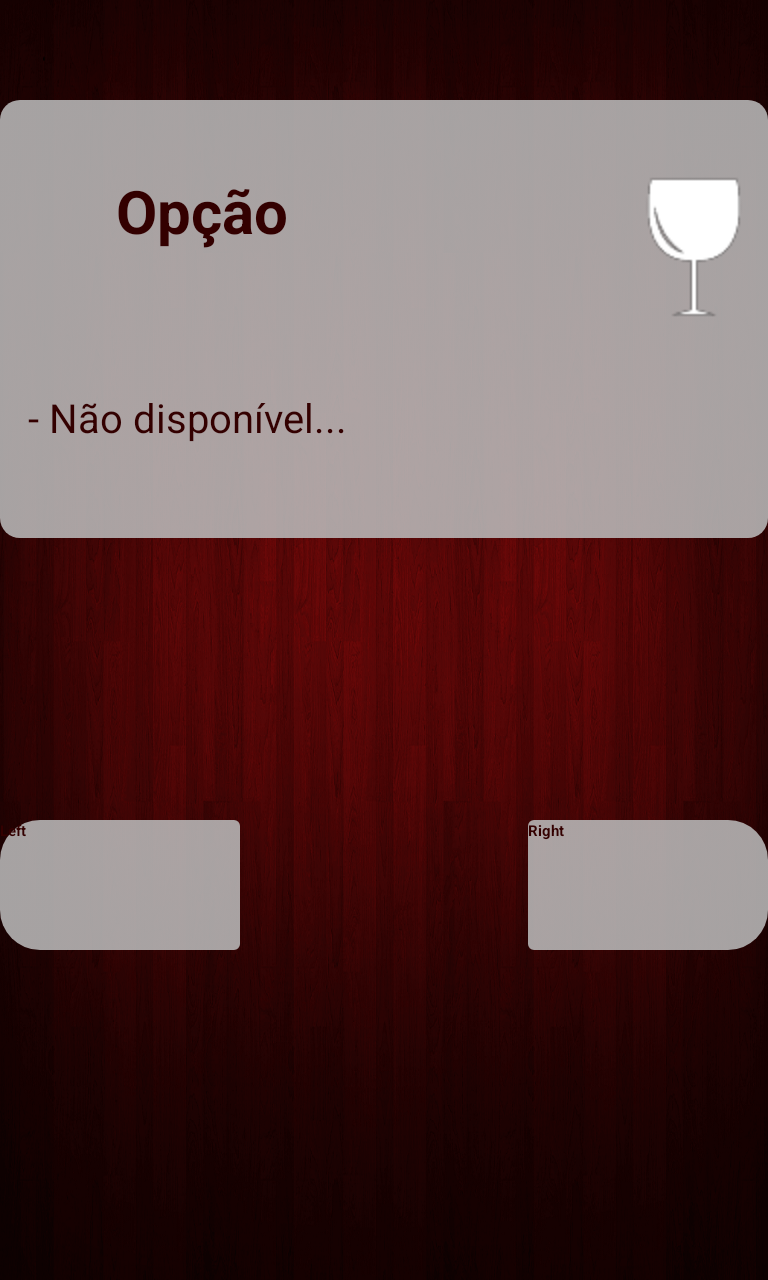
Repository: LuisFilipeDias/eMenu
Layout: SideMenuTutorial/res/layout/display_fragment.xml
The author's editor kept a copy of each file at every save. The layout is drawn from the files as they stood at one save, then again after a run of saves.
It is drawn on a 768 x 1280 px phone screen (xhdpi) without system bars, with theme Theme.Sherlock; the app's code is not run.

Above is the layout before, as saved 2013-12-23 19:01:32.

### SideMenuTutorial/res/layout/display_fragment.xml
<LinearLayout xmlns:android="http://schemas.android.com/apk/res/android"
    xmlns:tools="http://schemas.android.com/tools"
    android:id="@+id/scrollView1"
    android:layout_width="match_parent"
    android:layout_height="match_parent"
	android:layout_marginLeft="15dp"
	android:layout_marginRight="15dp"
    android:orientation="vertical"
    android:background="@drawable/back_a"
    tools:context=".MainActivity" >

	<ScrollView
	    android:layout_width="match_parent"
	    android:layout_height="match_parent" >


    <RelativeLayout
        android:layout_width="match_parent"
        android:layout_height="match_parent">

	    <ScrollView
            android:id="@+id/display_scroll"
	        android:layout_width="match_parent"
	        android:layout_height="380dp" >

            <RelativeLayout
                android:id="@+id/display_ll_1"
                android:layout_width="match_parent"
                android:layout_height="wrap_content"
                android:layout_marginBottom="100dp"
                android:layout_marginTop="50dp"
                android:background="@drawable/center_clicked"
                android:orientation="vertical" >

                <TextView
                    android:id="@+id/bogus_ttl"
                    android:layout_width="202dp"
                    android:layout_height="wrap_content"
                    android:layout_marginBottom="20dp"
                    android:layout_marginTop="35dp"
                    android:layout_alignParentLeft="true"
                    android:gravity="center_horizontal|center_vertical"
                    android:text="@string/bogus_ttl"
                    android:textAppearance="?android:attr/textAppearanceLarge"
                    android:textColor="@color/brown"
                    android:textSize="30sp"
                    android:textStyle="bold" />

                <TextView
                    android:id="@+id/bogus_ttl"
                    android:layout_width="75dp"
                    android:layout_height="75dp"
                    android:layout_alignParentRight="true"
                    android:layout_marginBottom="20dp"
                    android:layout_marginTop="35dp"
                    android:background="@drawable/drink"
                    android:gravity="center_horizontal|center_vertical"
                    android:textAppearance="?android:attr/textAppearanceLarge"
                    android:textColor="@color/brown"
                    android:textSize="30sp"
                    android:textStyle="bold" />

                <RelativeLayout
                    android:id="@+id/disp_rel2"
                    android:layout_width="match_parent"
                    android:layout_height="wrap_content"
                    android:layout_marginTop="15dp"
                    android:orientation="vertical"
                    android:layout_below="@+id/bogus_ttl" >

                    <TextView
                        android:id="@+id/bogus_txt"
                        android:layout_width="wrap_content"
                        android:layout_height="wrap_content"
                        android:layout_alignParentLeft="true"
                        android:layout_alignParentTop="true"
                        android:layout_marginLeft="14dp"
                        android:maxWidth="230dp"
                        android:text="@string/bogus_txt"
                        android:textAppearance="?android:attr/textAppearanceLarge"
                        android:textColor="@color/brown"
                        android:textSize="20sp" />

                    <TextView
                        android:id="@+id/bogus_price"
                        android:layout_width="wrap_content"
                        android:layout_height="wrap_content"
                        android:layout_alignParentRight="true"
                        android:layout_alignParentTop="true"
                        android:layout_marginRight="14dp"
                        android:gravity="center_horizontal"
                        android:text="@string/bogus_price"
                        android:textAppearance="?android:attr/textAppearanceLarge"
                        android:textColor="@color/brown"
                        android:textSize="20sp"
                        android:textStyle="bold" />
                </RelativeLayout>
            </RelativeLayout>
    	</ScrollView>

	        <RelativeLayout
	            android:layout_marginTop="30dp"
	            android:layout_width="match_parent"
	            android:layout_height="match_parent"
	            android:layout_alignParentBottom="true"
	            android:layout_below="@+id/display_scroll" >

	            <Button
	                android:id="@+id/right_button"
	                android:text="@string/right_btn_txt"
                    android:textColor="@color/brown"
	                android:textStyle="bold"
	                android:layout_width="120dp"
	                android:layout_height="65dp"
	                android:background="@drawable/right_tri_clicked"
	                android:orientation="vertical"
	                android:layout_alignParentRight="true"
	                android:onClick="rightClicked" >
	            </Button>

	            <Button
	                android:id="@+id/left_button"
	                android:text="@string/left_btn_txt"
                    android:textColor="@color/brown"
	                android:textStyle="bold"
	                android:layout_width="120dp"
	                android:layout_height="65dp"
	                android:background="@drawable/left_tri_clicked"
	                android:orientation="vertical"
	                android:layout_alignParentLeft="true"
	                android:onClick="leftClicked" >
	            </Button>
        	</RelativeLayout>
    </RelativeLayout>
    </ScrollView>

</LinearLayout>

### SideMenuTutorial/res/drawable/center_clicked.xml
<?xml version="1.0" encoding="utf-8"?>
<selector xmlns:android="http://schemas.android.com/apk/res/android">
<!-- Button Focused-->
    <item   android:state_focused="true"
            android:state_pressed="false"
            android:drawable="@drawable/center_bg"
            />
<!-- Button Focused Pressed-->
    <item   android:state_focused="true"
            android:state_pressed="true"
            android:drawable="@drawable/center_bg"
            />
<!-- Button Pressed-->
    <item   android:state_focused="false"
            android:state_pressed="true"
            android:drawable="@drawable/center_bg"
            />
<!-- Button Default Image-->
    <item   android:drawable="@drawable/center_hover"/>

</selector>

### SideMenuTutorial/res/values/strings.xml
<?xml version="1.0" encoding="utf-8"?>
<resources>


    <string name="drawer_close">drawer_close</string>
    <string name="drawer_open">drawer_open</string>
    <string name="title_activity_fetch_database">title_activity_fetch_database</string>
    <string name="title_activity_main">Escolher Restaurante</string>
    <string name="title_activity_display">Escolher Opção</string>
    <string name="title_activity_menu">Restaurantes</string>
    <string name="title_display_activity">Escolher</string>
    <string name="action_settings">action_settings</string>
    <string name="Fragment1">Fragment1</string>
    <string name="Fragment2">Fragment2</string>
    <string name="Fragment3">Fragment3</string>
    <string name="hello_world">Hello</string>
    <string name="Fragment1">Fragment1</string>
    <string name="menu_settings">Definições</string>

    <string name="menu_txt">Menus</string>
    <string name="entry_txt">Entradas</string>
    <string name="meat_txt">Pratos de Carne</string>
    <string name="fish_txt">Pratos de peixe</string>
    <string name="others_txt">Outros Pratos</string>
    <string name="deserts_txt">Sobremesas</string>
    <string name="drinks_txt">Bebidas</string>

    <string name="app_name">eMenu</string>
    <string name="carte_ttl">Ementas</string>
    <string name="info_ttl">Informações</string>

    <string name="resumee_ttl">Resumo:</string>
    <string name="resumee_txt">.    Não definido    </string>
    <string name="website_ttl">Website:</string>
    <string name="website_txt">.    Não definido    </string>
    <string name="location_ttl">Localização:</string>
    <string name="location_txt">.    Não definido    </string>
    <string name="contacts_ttl">Contactos:</string>
    <string name="phone_txt">- Telefones -</string>
    <string name="email_txt">- Emails -</string>

    <string name="bogus_ttl">Opção</string>
    <string name="bogus_txt"> - Não disponível...\n\n</string>
    <string name="bogus_price"> </string>

    <string name="left_btn_txt">Left</string>
    <string name="right_btn_txt">Right</string>
</resources>

### SideMenuTutorial/res/values/colors.xml
<?xml version="1.0" encoding="utf-8"?>
<resources>
        <color name="background_color">#888888</color>
        <color name="text_color">#00FFFF</color>
        <color name="random_color">#0000FF</color>
        <color name="light_grey">#EBEBEB</color>
        <color name="medium_grey">#A0A0A0</color>
        <color name="dark_grey">#646464</color>
        <color name="light_red">#FFE2E2</color>
        <color name="medium_red">#FFB4B4</color>
        <color name="light_blue">#E2E2FF</color>
        <color name="medium_blue">#B4B4FF</color>
        <color name="dark_blue">#0000FF</color>
        <color name="light_green">#E2FFE2</color>
        <color name="medium_green">#B4FFB4</color>
        <color name="emenu_color">#9F9F9F</color>
        <color name="light_orange">#FFC983</color>
        <color name="medium_orange">#FFB778</color>
        <color name="light_yellow">#FFFFBF</color>
        <color name="medium_yellow">#FFFFA3</color>
        <color name="white">#FFFFFF</color>
        <color name="top_blue">#3399CC</color>
        <color name="brown">#330000</color>
</resources>

### SideMenuTutorial/res/drawable/right_tri_clicked.xml
<?xml version="1.0" encoding="utf-8"?>
<selector xmlns:android="http://schemas.android.com/apk/res/android">
<!-- Button Focused-->
    <item   android:state_focused="true"
            android:state_pressed="false"
            android:drawable="@drawable/right_tri_bg"
            />
<!-- Button Focused Pressed-->
    <item   android:state_focused="true"
            android:state_pressed="true"
            android:drawable="@drawable/right_tri_bg"
            />
<!-- Button Pressed-->
    <item   android:state_focused="false"
            android:state_pressed="true"
            android:drawable="@drawable/right_tri_bg"
            />
<!-- Button Default Image-->
    <item   android:drawable="@drawable/right_tri_hover"/>

</selector>

### SideMenuTutorial/res/drawable/left_tri_clicked.xml
<?xml version="1.0" encoding="utf-8"?>
<selector xmlns:android="http://schemas.android.com/apk/res/android">
<!-- Button Focused-->
    <item   android:state_focused="true"
            android:state_pressed="false"
            android:drawable="@drawable/left_tri_bg"
            />
<!-- Button Focused Pressed-->
    <item   android:state_focused="true"
            android:state_pressed="true"
            android:drawable="@drawable/left_tri_bg"
            />
<!-- Button Pressed-->
    <item   android:state_focused="false"
            android:state_pressed="true"
            android:drawable="@drawable/left_tri_bg"
            />
<!-- Button Default Image-->
    <item   android:drawable="@drawable/left_tri_hover"/>

</selector>

### SideMenuTutorial/res/drawable/left_tri_bg.xml
<?xml version="1.0" encoding="UTF-8"?>
<shape xmlns:android="http://schemas.android.com/apk/res/android">
<!--this is to give gradient effect -->
<gradient   android:angle="270"
            android:startColor="#FFFFFFFF"
            android:endColor="#FFFFFFFF"
            />
<!-- this is make corners of button rounded -->
<corners    android:topLeftRadius="20dip"
               android:bottomRightRadius="3dip"
               android:topRightRadius="3dip"
               android:bottomLeftRadius="20dip"/>

</shape>

### SideMenuTutorial/res/drawable/left_tri_hover.xml
<?xml version="1.0" encoding="UTF-8"?>
<shape xmlns:android="http://schemas.android.com/apk/res/android">
<!--this is to give gradient effect -->
<gradient   android:angle="270"
               android:startColor="#DDBBBBBB"
               android:endColor="#DDBBBBBB"
               />
<!-- this is make corners of button rounded -->
<corners    android:topLeftRadius="20dip"
               android:bottomRightRadius="3dip"
               android:topRightRadius="3dip"
               android:bottomLeftRadius="20dip"/>

</shape>

### SideMenuTutorial/res/drawable/right_tri_bg.xml
<?xml version="1.0" encoding="UTF-8"?>
<shape xmlns:android="http://schemas.android.com/apk/res/android">
<!--this is to give gradient effect -->
<gradient   android:angle="270"
            android:startColor="#FFFFFFFF"
            android:endColor="#FFFFFFFF"
            />
<!-- this is make corners of button rounded -->
<corners    android:topLeftRadius="3dip"
               android:bottomRightRadius="20dip"
               android:topRightRadius="20dip"
               android:bottomLeftRadius="3dip"/>

</shape>

### SideMenuTutorial/res/drawable/right_tri_hover.xml
<?xml version="1.0" encoding="UTF-8"?>
<shape xmlns:android="http://schemas.android.com/apk/res/android">
<!--this is to give gradient effect -->
<gradient   android:angle="270"
               android:startColor="#DDBBBBBB"
               android:endColor="#DDBBBBBB"
               />
<!-- this is make corners of button rounded -->
<corners    android:topLeftRadius="3dip"
               android:bottomRightRadius="20dip"
               android:topRightRadius="20dip"
               android:bottomLeftRadius="3dip"/>

</shape>

### SideMenuTutorial/res/drawable/center_bg.xml
<?xml version="1.0" encoding="UTF-8"?>
<shape xmlns:android="http://schemas.android.com/apk/res/android">
<!--this is to give gradient effect -->
<gradient   android:angle="270"
            android:startColor="#FFFFFFFF"
            android:endColor="#FFFFFFFF"
            />
<!-- this is make corners of button rounded -->
<corners    android:topLeftRadius="10dip"
               android:bottomRightRadius="10dip"
               android:topRightRadius="10dip"
               android:bottomLeftRadius="10dip"/>

</shape>

### SideMenuTutorial/res/drawable/center_hover.xml
<?xml version="1.0" encoding="UTF-8"?>
<shape xmlns:android="http://schemas.android.com/apk/res/android">
<!--this is to give gradient effect -->
<gradient   android:angle="270"
               android:startColor="#DDBBBBBB"
               android:endColor="#DDBBBBBB"
               />
<!-- this is make corners of button rounded -->
<corners    android:topLeftRadius="10dip"
               android:bottomRightRadius="10dip"
               android:topRightRadius="10dip"
               android:bottomLeftRadius="10dip"/>

</shape>

After the next 2 saves:
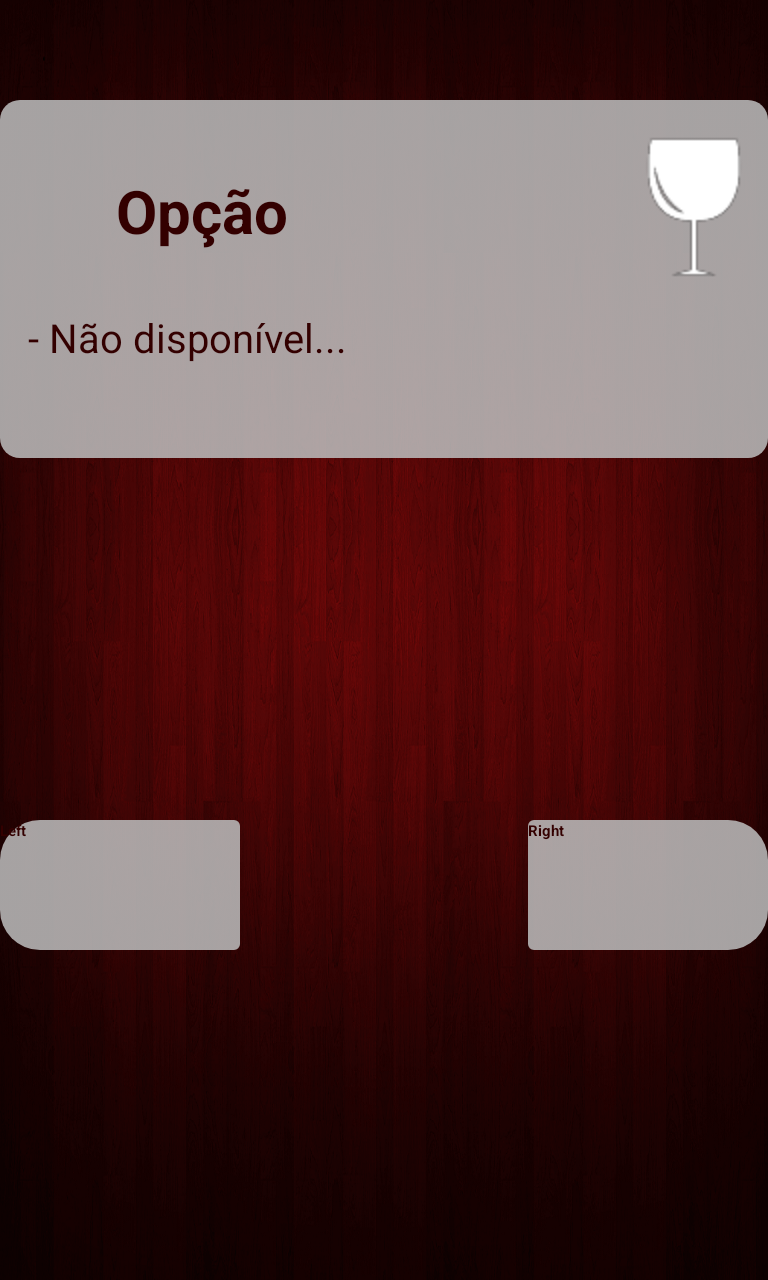
The 2 saves are shown as one change because they came seconds apart.
The last was saved 19 s later.
--- a/SideMenuTutorial/res/layout/display_fragment.xml
+++ b/SideMenuTutorial/res/layout/display_fragment.xml
@@ -51,8 +51,8 @@
                     android:layout_width="75dp"
                     android:layout_height="75dp"
                     android:layout_alignParentRight="true"
-                    android:layout_marginBottom="20dp"
-                    android:layout_marginTop="35dp"
+                    android:layout_marginTop="15dp"
+                    android:layout_marginLeft="15dp"
                     android:background="@drawable/drink"
                     android:gravity="center_horizontal|center_vertical"
                     android:textAppearance="?android:attr/textAppearanceLarge"
